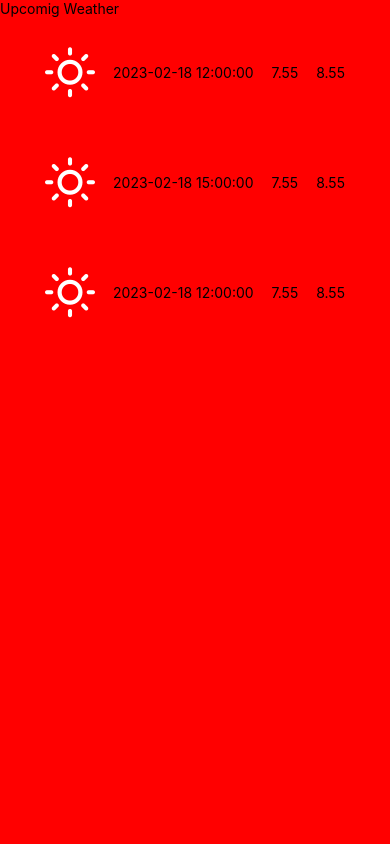
Repository: akinmiday/fcc
Screen: / (app in WeatherApp/)
These files come from the project's save history. The screen is drawn as it stood at one moment and after a run of saves; the edit follows.
The app was drawn by React Native's web renderer in a window 390 px wide. The project was rebuilt for these pictures with package versions that can differ from the ones it lists, and the page was loaded fresh each time. Also part of the build but not shown: WeatherApp/src/components/CurrentWeather.js.

Above is the screen before, as saved 2023-07-19 08:07:19.

### WeatherApp/App.js
import React from "react"
import { View, StyleSheet } from "react-native"
import CurrentWeather from "./src/components/CurrentWeather"
import UpcomingWeather from "./src/components/UpcomingWeather"

const App = () => {
  return (
    <View style={styles.container}>
      <UpcomingWeather />
    </View>
  )
}

const styles = StyleSheet.create({
  container: {
    flex: 1
  }
})

export default App

### WeatherApp/src/components/UpcomingWeather.js
import React from "react"
import {
  SafeAreaView,
  StyleSheet,
  Text,
  FlatList,
  View,
  StatusBar
} from "react-native"
import { Feather } from "@expo/vector-icons"

const DATA = [
  {
    dt_txt: "2023-02-18 12:00:00",
    main: {
      temp_max: 8.55,
      temp_min: 7.55
    },
    weather: [
      {
        main: "Clear"
      }
    ]
  },

  {
    dt_txt: "2023-02-18 15:00:00",
    main: {
      temp_max: 8.55,
      temp_min: 7.55
    },
    weather: [
      {
        main: "Clouds"
      }
    ]
  },
  {
    dt_txt: "2023-02-18 12:00:00",
    main: {
      temp_max: 8.55,
      temp_min: 7.55
    },
    weather: [
      {
        main: "Rain"
      }
    ]
  }
]

const Item = (props) => {
  const { dt_txt, min, max, condition } = props
  return (
    <View style={styles.item}>
      <Feather name="sun" size={50} color="white" />
      <Text>{dt_txt}</Text>
      <Text>{min}</Text>
      <Text>{max}</Text>
    </View>
  )
}

const UpcomingWeather = () => {
  const renderItem = ({ item }) => (
    <Item
      condition={item.weather[0].main}
      dt_txt={item.dt_txt}
      min={item.main.temp_min}
      max={item.main.temp_max}
    />
  )
  return (
    <SafeAreaView style={styles.container}>
      <Text>Upcomig Weather</Text>
      <FlatList
        data={DATA}
        renderItem={renderItem}
        keyExtractor={(item) => item.dt_txt}
      />
    </SafeAreaView>
  )
}

const styles = StyleSheet.create({
  container: {
    flex: 1,
    marginTop: StatusBar.currentHeight || 0,
    backgroundColor: "red"
  },
  item: {
    padding: 20,
    marginVertical: 8,
    marginHorizontal: 16,
    flexDirection: "row",
    justifyContent: "space-around",
    alignItems: "center"
  }
})

export default UpcomingWeather

After the next 2 saves:
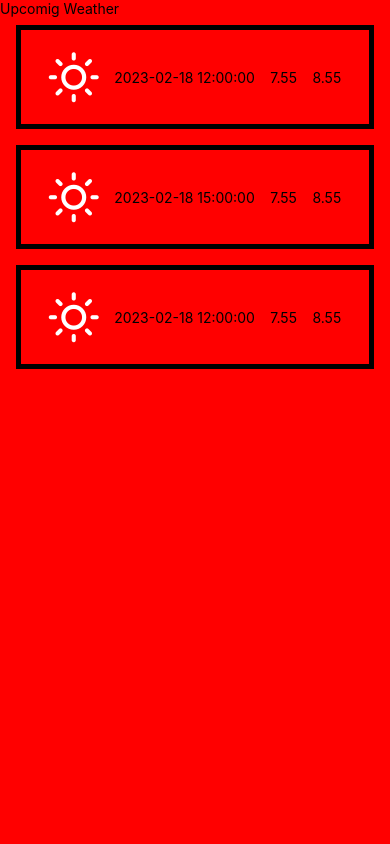
The 2 saves are shown as one change because 1 did not build or start.
The last was saved 37 s later.
--- a/WeatherApp/src/components/UpcomingWeather.js
+++ b/WeatherApp/src/components/UpcomingWeather.js
@@ -94,7 +94,8 @@ const styles = StyleSheet.create({
     marginHorizontal: 16,
     flexDirection: "row",
     justifyContent: "space-around",
-    alignItems: "center"
+    alignItems: "center",
+    borderWidth: 5
   }
 })
 
